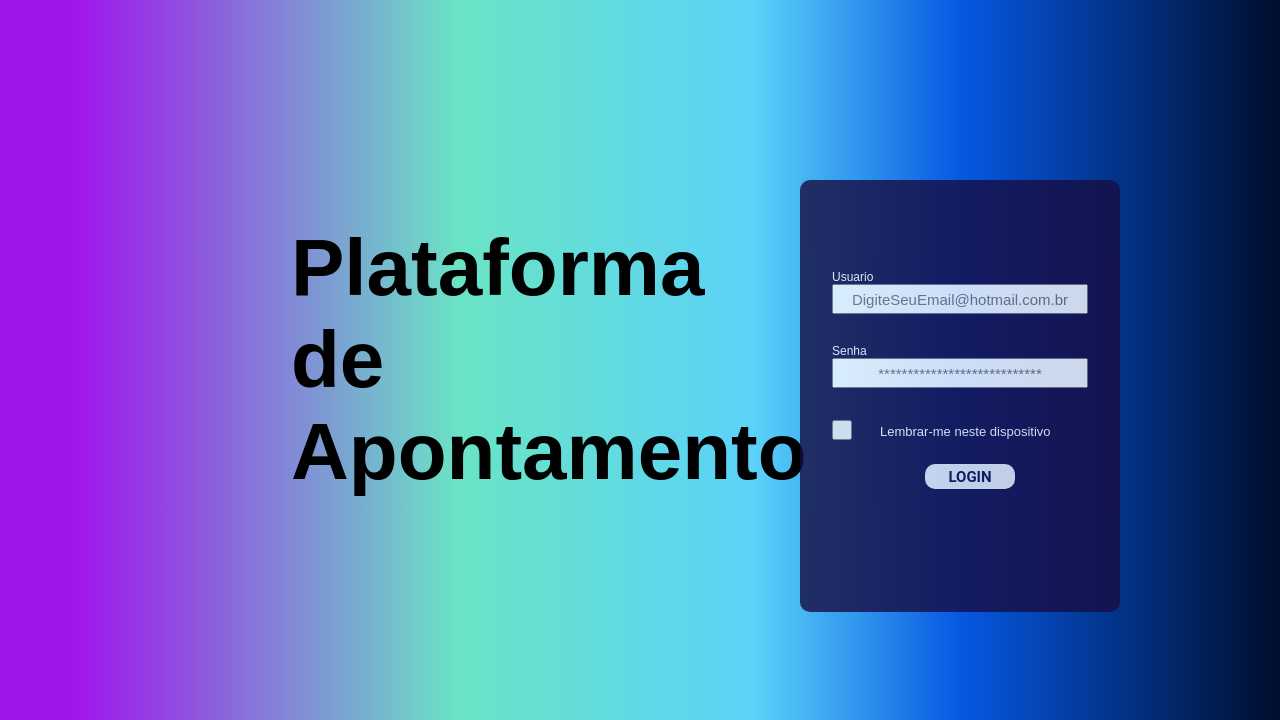
Repository: KevynMarques/Estudos-Reactjs-Firebase
Page: /
These files come from the project's save history. The page is drawn as it stood at one moment and after the next save; the edit follows.
The browser window is 1280 px wide. The pictures show the whole page.
The page's requests for data from a server got no answer. The project was rebuilt for these pictures with package versions that can differ from the ones it lists, and the page was loaded fresh each time. No one was signed in, and anything a server would have sent is missing. Also part of the build but not shown: src/Pages/Page2.jsx.

Above is the page before, as saved 2022-08-23 14:53:35.

After the next save:
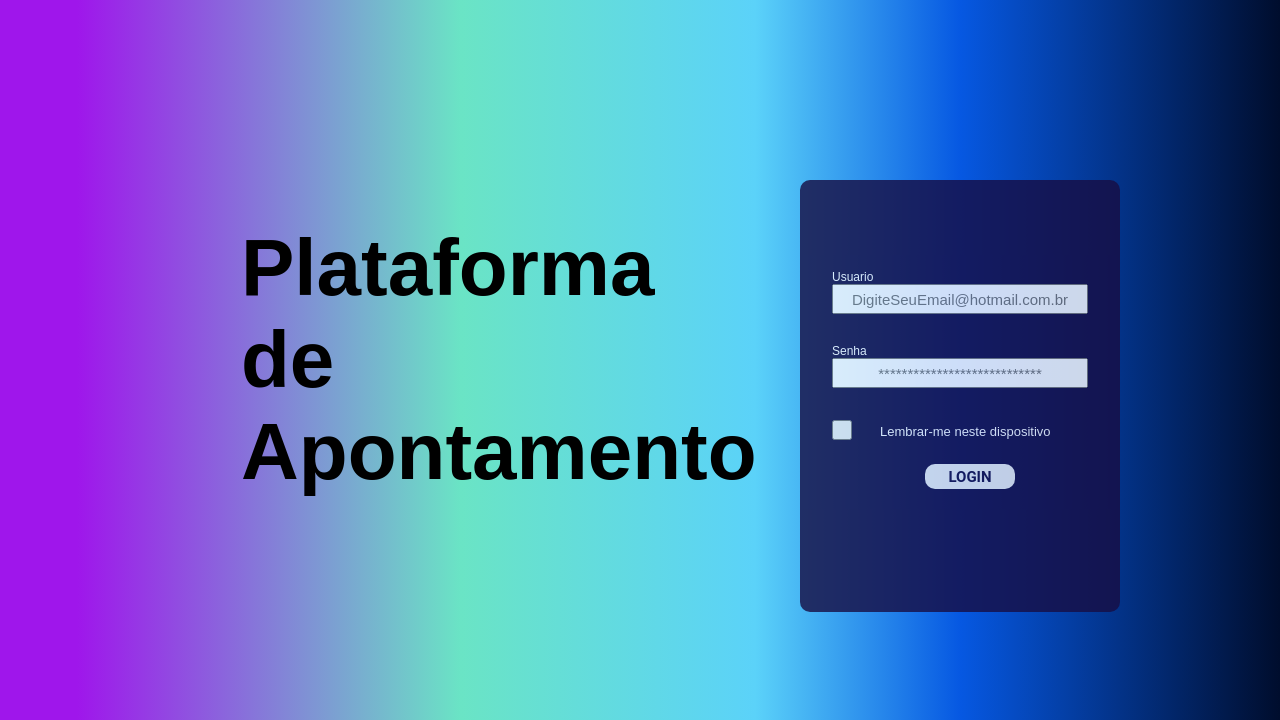
Saved 5 s later.
--- a/src/Components/Login/style.jsx
+++ b/src/Components/Login/style.jsx
@@ -14,7 +14,7 @@ export const TextTittle = styled.h1`
 position: absolute;
 margin-left: -35vw;
 font-family: Arial, Helvetica, sans-serif;
-max-width: 250px;
+max-width: 350px;
 font-size: 80px;
 
 `;
